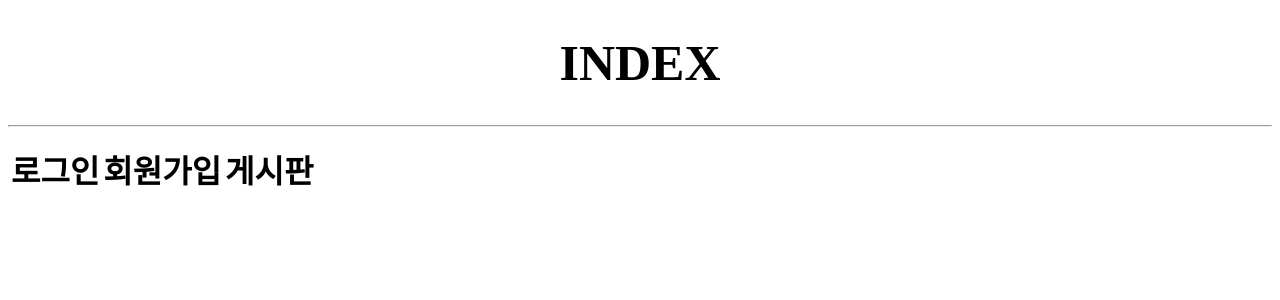
Repository: jeonghyunseok/GMSUI
Page: GMSUI/WebContent/index.html
These files come from the project's save history. The page is drawn as it stood at one moment and after the next save; the edit follows.
The browser window is 1280 px wide. The pictures show the whole page.

Above is the page before, as saved 2017-07-19 05:43:33.

After the next save:
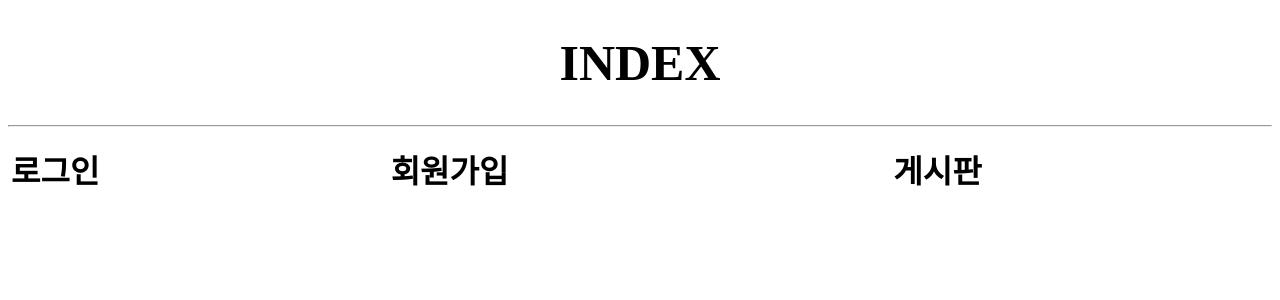
Saved 44 s later.
--- a/GMSUI/WebContent/index.html
+++ b/GMSUI/WebContent/index.html
@@ -7,7 +7,7 @@
 <body>
 <h1 style="font-size:50px; text-align:center;">INDEX<h1>
 	<hr />
-	<table>
+	<table style="width: 100%">
 		<tr>
 			<td>로그인</td>
 			<td>회원가입</td>
